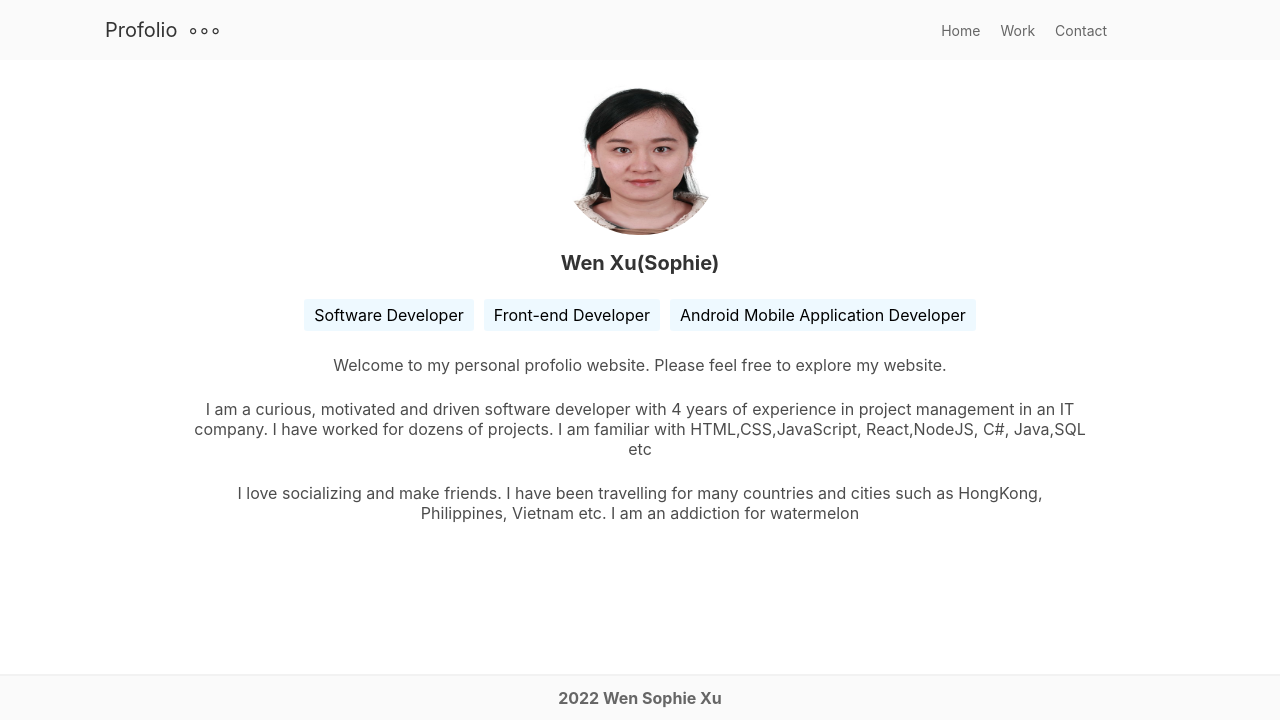
Repository: wenxi0504/myResume_app
Page: /
These files come from the project's save history. The page is drawn as it stood at one moment and after the next save; the edit follows.
The browser window is 1280 px wide. The pictures show the whole page.
The project was rebuilt for these pictures with package versions that can differ from the ones it lists, and the page was loaded fresh each time. Also part of the build but not shown: src/pages/WorkPage/index.js, src/pages/WorkPageDetail/index.js, src/pages/Contact/index.js.

Above is the page before, as saved 2022-01-03 15:50:28.

### src/index.js
import React from 'react';
import ReactDOM from 'react-dom';
import './index.css';
import App from './pages/App';
import reportWebVitals from './reportWebVitals';
import { BrowserRouter as Router} from 'react-router-dom'



ReactDOM.render(
  <Router>
    <App />
  </Router>,
  document.getElementById('root')
);

// If you want to start measuring performance in your app, pass a function
// to log results (for example: reportWebVitals(console.log))
// or send to an analytics endpoint. Learn more: https://bit.ly/CRA-vitals
reportWebVitals();

### src/index.css
body {
  margin: 0;
  padding: 0;
  font-family: -apple-system, BlinkMacSystemFont, "Segoe UI", "Roboto", "Oxygen",
    "Ubuntu", "Cantarell", "Fira Sans", "Droid Sans", "Helvetica Neue",
    sans-serif;
  -webkit-font-smoothing: antialiased;
  -moz-osx-font-smoothing: grayscale;
}

code {
  font-family: source-code-pro, Menlo, Monaco, Consolas, "Courier New",
    monospace;
}


body, h1, h2, h3, h4, h5, h6, hr, p, blockquote, dl, dt, dd, ul, ol, li, pre, form, fieldset, legend, button, input, textarea, th, td {
  margin:0; padding:0;
}
body, button, input, select, textarea {
  font:12px/1.5tahoma, arial, \5b8b\4f53;
}
h1, h2, h3, h4, h5, h6{
  font-size:100%;
  color:rgb(51, 51, 51);
}
address, cite, dfn, em, var {
  font-style:normal;
}
code, kbd, pre, samp {
  font-family:couriernew, courier, monospace;
}
small{
  font-size:12px;
}
ul, ol {
  list-style:none;
}
a {
  text-decoration:none;
}

sup {
  vertical-align:text-top;
}
sub{
  vertical-align:text-bottom;
}
legend {
  color:#000;
}
fieldset, img {
  border:0;
}
button, input, select, textarea {
  font-size:100%;
}
table {
  border-collapse:collapse; border-spacing:0;
}


html,body,#root{
   width: 100%;
   height: 100%;
}

code {
  font-family: source-code-pro, Menlo, Monaco, Consolas, "Courier New",
    monospace;
}

### src/pages/App.js
import logo from './logo.svg';
import styles from './App.module.scss';
import{Link,Routes,Route} from 'react-router-dom'
import HomePage from './HomePage'
import WorkPage from './WorkPage'
import WorkPageDetail from './WorkPageDetail'
import Contact from './Contact'
function App() {
  //get value of location

  return (

    <div className={styles.App}>
     <header className={styles.header} >
     <div className={styles.box}>
               <Link to="/">
                 <div className={styles.boxleft}>Profolio</div>
                 </Link>
               <div className={styles.boxright}>
                  <Link to="/"><p >Home</p></Link>
                  <Link to="/works"><p >Work</p></Link>
                  <Link to="/contact"><p >Contact</p></Link>
               </div>
            </div>
     </header>

       <section className={styles.content}>
         <div>
         < Routes>
         <Route path="/" exact element={ <HomePage/> }/>
           <Route path="/works" exact element={ <WorkPage/>} />
           <Route path="/works/:id" exact element={ <WorkPageDetail/> } />
           <Route path="/contact" exact element={ <Contact/> } />
         </Routes>
         </div>





     </section>



      <footer className={styles.footer} >
     <p><b>2022 Wen Sophie Xu</b></p>

     </footer>



    </div>
  );
}

export default App;

### src/pages/App.module.scss

.App {
  display: flex;
  min-height: 100vh;
  flex-direction: column;
  .content{
     flex: 1;
     text-align: center;
  }
  .header{
    background-color: rgb(250, 250, 250);
    height: 60px;
    .selected{
      color: #333!important;
      padding-bottom: 5px;
      border-bottom: 1.5px solid #333;
    }
    .box{
      width: 70%;
      height: 100%;


      display: flex;
      align-items: center;
      justify-content: space-between;
      a:hover {
        text-decoration:none;
      }
      .boxleft{
        font-size: 20px;
        color: rgb(51, 51, 51);
        padding: 0px 5px 0px 100px;
        margin: 0px 5px ;
      }
      .boxleft::after {
        content: "◦◦◦";
        margin-left: 0.5em;
      }

      .boxright{
        display: inline-flex;
        justify-content: flex-start;
        padding: 0px 5px 0px 100px;
        margin: 0px 5px 0px 600px;
        p{
          margin: 0px 10px;
          font-size: 14px;
          color: rgb(102, 102, 102);

        }
      }
      div{
        cursor: pointer;
      }
    }
  }
  .footer{
    text-align: center;
    padding: 10px 0px;
    color: rgb(102, 102, 102);
    background: #fafafa;
    border-top: 2px solid #f2f2f2;
    p{
      padding: 2px 0px;
    }
  }
}

### src/pages/HomePage/index.js
// eslint-disable-next-line no-unused-vars
import React, { Component } from 'react';
import styles from'./home.module.scss'

// eslint-disable-next-line import/no-anonymous-default-export
export default () => {
    return <div className={styles.wrap}>
        {/* Personal Info*/}
       <section className={styles.brief}>
       <img src={require("../../assets/images/wenxuReact.jpg") }/>
       <h2>Wen Xu(Sophie)</h2>
       <ul>
          <li>Software Developer</li>
          <li>Front-end Developer</li>
          <li>Android Mobile Application Developer</li>
       </ul>
       <p>Welcome to my personal profolio website. Please feel free to explore my website.</p>
       <p>I am a curious, motivated and driven software developer with 4 years of experience in project management in an IT company. I have worked for dozens of projects. I am familiar with HTML,CSS,JavaScript, React,NodeJS, C#, Java,SQL etc </p>
       <p>I love socializing and make friends. I have been travelling for many countries and cities such as HongKong, Philippines, Vietnam etc. I am an addiction for watermelon </p>
       </section>





        </div>
}

### src/pages/HomePage/home.module.scss

    .wrap{
        flex: 1;
        width: 70%;
        margin: 0px auto;
        .brief{
           text-align: center;
           h2{
             padding: 12px 0px;
             font-size: 20px;
           }
           img{
              width: 160px;
              height: 155px;
              border-radius: 120px;
              margin-top: 20px;
           }
           ul{
            display: flex;
            justify-content: center;
             li{
                padding: 6px 10px;
                background: rgba(87, 199, 255, 0.1);
                margin: 12px 5px;
                border-radius: 3px;
             }
           }
           p{
            padding: 12px 0px;
            color: rgba(0, 0, 0, 0.7);
          }
        }

    }

Loaded but not shown: public/index.html (common file); src/reportWebVitals.js (common file)

After the next save:
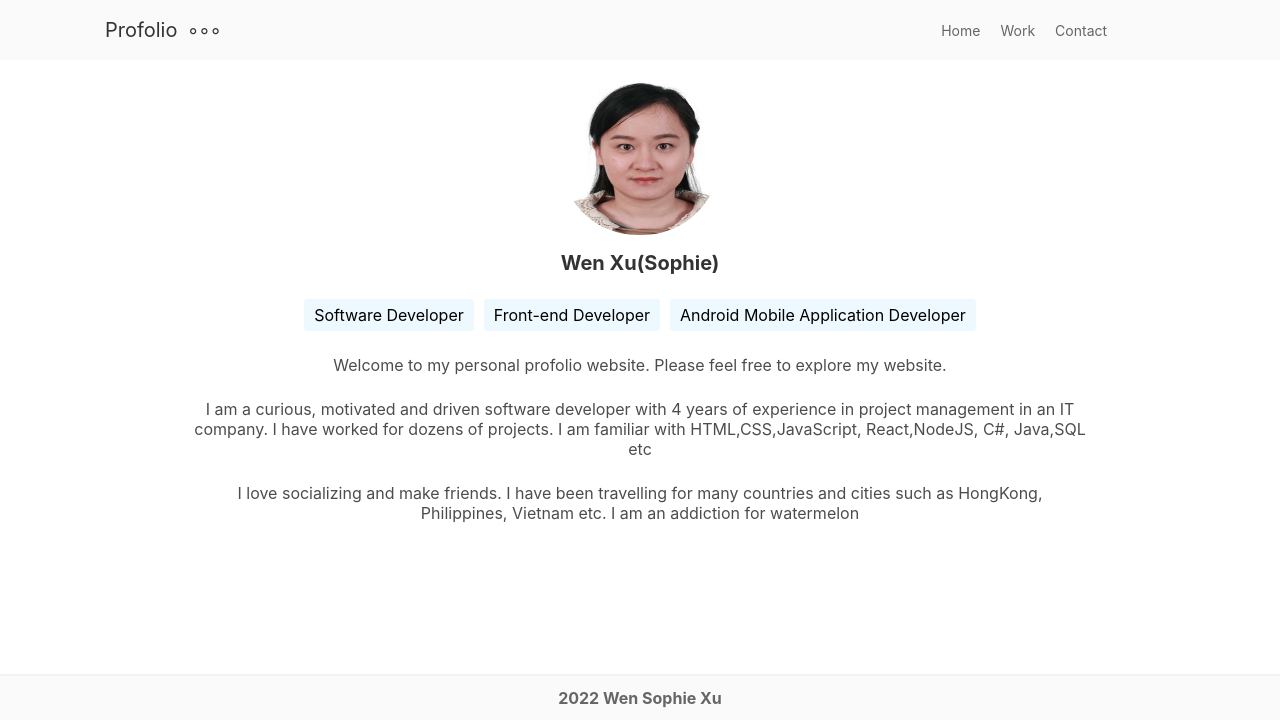
Saved 21 s later.
--- a/src/pages/HomePage/index.js
+++ b/src/pages/HomePage/index.js
@@ -7,7 +7,7 @@ export default () => {
     return <div className={styles.wrap}>
         {/* Personal Info*/}
        <section className={styles.brief}>
-       <img src={require("../../assets/images/wenxuReact.jpg") }/>
+       <img src={require("../../assets/images/wenxuReact1.jpg") }/>
        <h2>Wen Xu(Sophie)</h2>
        <ul>
           <li>Software Developer</li>
